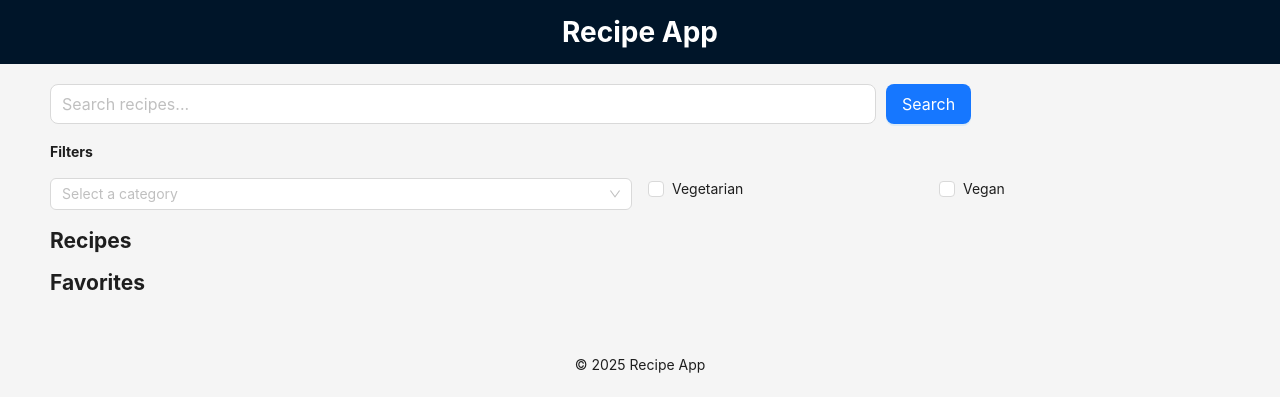
Repository: LearnTek-In-Private-Limited/recipie-era-premier
Page: /
These files come from the project's save history. The page is drawn as it stood at one moment and after the next save; the edit follows.
The browser window is 1280 px wide. The pictures show the whole page.
The project was rebuilt for these pictures with package versions that can differ from the ones it lists, and the page was loaded fresh each time.

Above is the page before, as saved 2025-01-25 17:01:35.

### src/App.js
import React from 'react';
import { Provider } from 'react-redux';
import store from './redux/store';
import RecipeList from './components/RecipeList';
import SearchBar from './components/SearchBar';
import FavoritesList from './components/FavoritesList';
import FilterOptions from './components/FilterOptions';
import { Layout } from 'antd';

const { Header, Content, Footer } = Layout;

function App() {
  return (
    <Provider store={store}>
      <Layout>
        <Header style={{ backgroundColor: '#001529', color: 'white', textAlign: 'center' }}>
          <h1 style={{ color: 'white', margin: 0 }}>Recipe App</h1>
        </Header>
        <Content style={{ padding: '20px 50px' }}>
          <SearchBar />
          <FilterOptions />
          <RecipeList />
          <FavoritesList />
        </Content>
        <Footer style={{ textAlign: 'center' }}>© 2025 Recipe App</Footer>
      </Layout>
    </Provider>
  );
}

export default App;

### src/redux/store.js
import { createStore, combineReducers, applyMiddleware } from 'redux';
import { thunk } from 'redux-thunk'; // Use named import for thunk
// Ensure redux-thunk is installed and correctly imported
import recipeReducer from './reducers/recipeReducer';
import favoriteReducer from './reducers/favoriteReducer';

const rootReducer = combineReducers({
  recipes: recipeReducer,
  favorites: favoriteReducer,
});

const store = createStore(rootReducer, applyMiddleware(thunk));

export default store;

### src/components/RecipeList.js
import React from 'react';
import { useSelector, useDispatch } from 'react-redux';
import { addFavorite } from '../redux/actions/favoriteActions';

const RecipeList = () => {
  const recipes = useSelector((state) => state.recipes.recipes);
  const dispatch = useDispatch();

  return (
    <div>
      <h2>Recipes</h2>
      <div className="recipe-grid">
        {recipes.map((item, index) => (
          <div key={index} className="recipe-card">
            <img src={item.recipe.image} alt={item.recipe.label} />
            <h3>{item.recipe.label}</h3>
            <button onClick={() => dispatch(addFavorite(item.recipe))}>
              Add to Favorites
            </button>
          </div>
        ))}
      </div>
    </div>
  );
};

export default RecipeList;

### src/components/SearchBar.js
import React, { useState } from 'react';
import { Input, Button } from 'antd';
import { useDispatch } from 'react-redux';
import { fetchRecipes } from '../redux/actions/recipeActions';

const SearchBar = () => {
  const [query, setQuery] = useState('');
  const dispatch = useDispatch();

  const handleSearch = () => {
    dispatch(fetchRecipes(query));
  };

  return (
    <div className="mb-4">
      <Input
        placeholder="Search recipes..."
        value={query}
        onChange={(e) => setQuery(e.target.value)}
        size="large"
        style={{ marginRight: '10px', width: '70%' }}
      />
      <Button type="primary" size="large" onClick={handleSearch}>
        Search
      </Button>
    </div>
  );
};

export default SearchBar;

### src/components/FavoritesList.js
import React from 'react';
import { useSelector, useDispatch } from 'react-redux';
import { removeFavorite } from '../redux/actions/favoriteActions';

const FavoritesList = () => {
  const favorites = useSelector((state) => state.favorites);
  const dispatch = useDispatch();

  return (
    <div>
      <h2>Favorites</h2>
      <div className="favorites-grid">
        {favorites.map((recipe, index) => (
          <div key={index} className="recipe-card">
            <img src={recipe.image} alt={recipe.label} />
            <h3>{recipe.label}</h3>
            <button onClick={() => dispatch(removeFavorite(recipe.id))}>
              Remove
            </button>
          </div>
        ))}
      </div>
    </div>
  );
};

export default FavoritesList;

### src/components/FilterOptions.js
import React from 'react';
import { Select, Checkbox, Row, Col } from 'antd';
import { useDispatch } from 'react-redux';
import { fetchRecipes } from '../redux/actions/recipeActions';

const { Option } = Select;

const FilterOptions = () => {
  const dispatch = useDispatch();

  const handleCategoryChange = (value) => {
    dispatch(fetchRecipes(value));
  };

  const handleDietaryChange = (checkedValues) => {
    const query = checkedValues.join(',');
    dispatch(fetchRecipes(query));
  };

  return (
    <div className="mb-4">
      <h4>Filters</h4>
      <Row gutter={16}>
        <Col md={12}>
          <Select
            style={{ width: '100%' }}
            placeholder="Select a category"
            onChange={handleCategoryChange}
          >
            <Option value="breakfast">Breakfast</Option>
            <Option value="lunch">Lunch</Option>
            <Option value="dinner">Dinner</Option>
          </Select>
        </Col>
        <Col md={12}>
          <Checkbox.Group style={{ width: '100%' }} onChange={handleDietaryChange}>
            <Row>
              <Col span={12}>
                <Checkbox value="vegetarian">Vegetarian</Checkbox>
              </Col>
              <Col span={12}>
                <Checkbox value="vegan">Vegan</Checkbox>
              </Col>
            </Row>
          </Checkbox.Group>
        </Col>
      </Row>
    </div>
  );
};

export default FilterOptions;

### src/redux/reducers/recipeReducer.js
const initialState = {
    recipes: [],
    loading: false,
    error: null,
  };

  const recipeReducer = (state = initialState, action) => {
    switch (action.type) {
      case 'FETCH_RECIPES_SUCCESS':
        return { ...state, recipes: action.payload, loading: false };
      case 'FETCH_RECIPES_FAILURE':
        return { ...state, error: action.payload, loading: false };
      default:
        return state;
    }
  };

  export default recipeReducer;

### src/redux/reducers/favoriteReducer.js
const favoriteReducer = (state = [], action) => {
    switch (action.type) {
      case 'ADD_FAVORITE':
        return [...state, action.payload];
      case 'REMOVE_FAVORITE':
        return state.filter((recipe) => recipe.id !== action.payload);
      default:
        return state;
    }
  };

  export default favoriteReducer;

### src/redux/actions/favoriteActions.js
export const addFavorite = (recipe) => ({
    type: 'ADD_FAVORITE',
    payload: recipe,
  });

  export const removeFavorite = (recipeId) => ({
    type: 'REMOVE_FAVORITE',
    payload: recipeId,
  });

### src/redux/actions/recipeActions.js
export const fetchRecipes = (query) => async (dispatch) => {
    const API_URL = `https://api.edamam.com/search?q=${query}&app_id=a5de3521&app_key=28f8a20bd893e2740e68d4bbb349b977&from=0&to=50`;

    try {
      const response = await fetch(API_URL);
      const data = await response.json();
      dispatch({ type: 'FETCH_RECIPES_SUCCESS', payload: data.hits });
    } catch (error) {
      console.error(error);
      dispatch({ type: 'FETCH_RECIPES_FAILURE', payload: error });
    }
  };

Loaded but not shown: public/index.html (common file); src/index.js (common file); src/index.css (common file); src/reportWebVitals.js (common file)

After the next save:
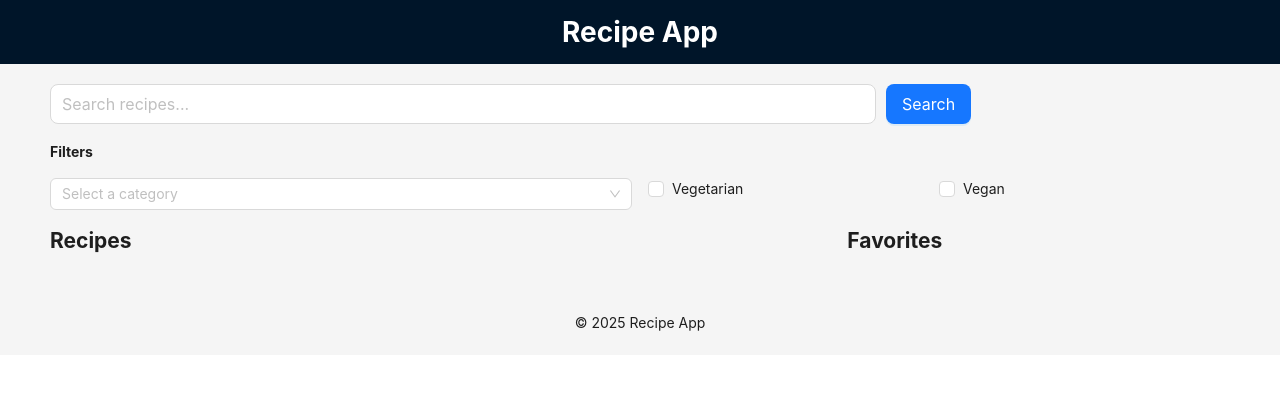
Saved 2 min 5 s later.
--- a/src/App.js
+++ b/src/App.js
@@ -5,7 +5,7 @@ import RecipeList from './components/RecipeList';
 import SearchBar from './components/SearchBar';
 import FavoritesList from './components/FavoritesList';
 import FilterOptions from './components/FilterOptions';
-import { Layout } from 'antd';
+import { Layout, Row, Col } from 'antd';
 
 const { Header, Content, Footer } = Layout;
 
@@ -17,10 +17,25 @@ function App() {
           <h1 style={{ color: 'white', margin: 0 }}>Recipe App</h1>
         </Header>
         <Content style={{ padding: '20px 50px' }}>
-          <SearchBar />
-          <FilterOptions />
-          <RecipeList />
-          <FavoritesList />
+          <Row gutter={[16, 16]}>
+            {/* Filters and Search Bar */}
+            <Col span={24}>
+              <SearchBar />
+              <FilterOptions />
+            </Col>
+          </Row>
+
+          <Row gutter={[16, 16]}>
+            {/* Recipe List */}
+            <Col xs={24} sm={16}>
+              <RecipeList />
+            </Col>
+
+            {/* Favorites List */}
+            <Col xs={24} sm={8}>
+              <FavoritesList />
+            </Col>
+          </Row>
         </Content>
         <Footer style={{ textAlign: 'center' }}>© 2025 Recipe App</Footer>
       </Layout>
